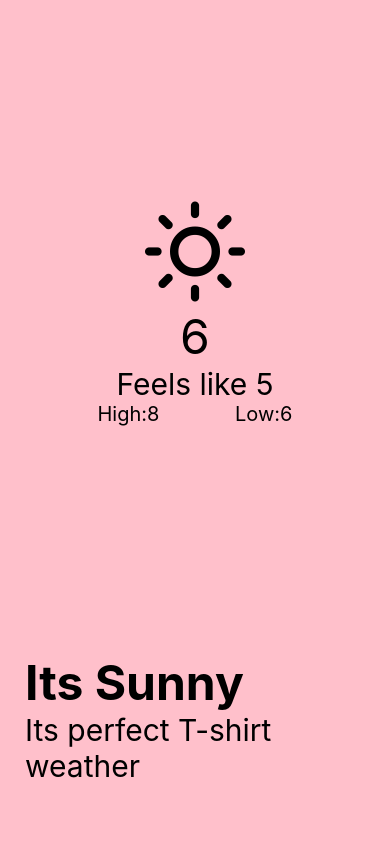
Repository: RossDee/WeatherApp
Screen: /
An editor plug-in stored every save of this project. The screen is shown before and after the next save, followed by the edit.
The app was drawn by React Native's web renderer in a window 390 px wide. The project was rebuilt for these pictures with package versions that can differ from the ones it lists, and the page was loaded fresh each time.

Above is the screen before, as saved 2023-10-14 21:32:17.

After the next save:
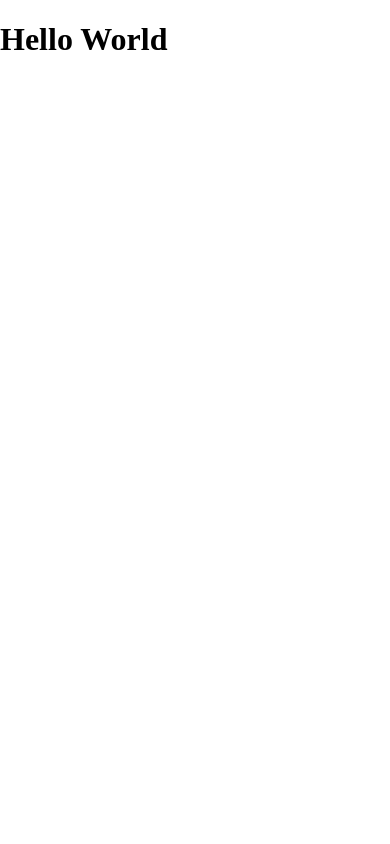
Saved 26 s later.
--- a/App.js
+++ b/App.js
@@ -1,69 +1,9 @@
-import React from 'react';
-import { SafeAreaView, StyleSheet, Text, View } from 'react-native';
-import {Feather} from '@expo/vector-icons'
-
 const App = () => {
   return (
-    <SafeAreaView style = {style.wrapper}>
-    <View style = {style.container}>
-      <Feather name = "sun" size = {100} color = "black" />
-      <Text style={style.temp} >6</Text>
-      <Text style = {style.feels}>Feels like 5</Text>
-      <View style = {style.highLowWrapper}>
-        <Text style = {style.highLow}>High:8</Text>
-        <Text style = {style.highLow}>Low:6</Text>
-      </View>
-    </View>
-    <View style = {style.bodyWrapper}>
-        <Text style = {style.description}>Its Sunny</Text>
-      <Text style = {style.message}>Its perfect T-shirt weather</Text>
-    </View>
-    </SafeAreaView>
-  )
+    <div>
+      <h1>Hello World</h1>
+    </div>
+  );
 }
-const style  =StyleSheet.create({
-  wrapper:{
-    flex:1,
-    backgroundColor:'pink',
-  },
-  container:{
-    backgroundColor:'pink',
-    flex:1,
-    alignItems:'center',
-    justifyContent:'center',
-  },
-  temp:{
-    color:'black',
-    fontSize:48,
- },
- feels:{
-   color:'black',
-   fontSize:30,
- },
-  highLow:{
-    color:'black',
-    fontSize:20,
-  },
-  highLowWrapper:{
-    flexDirection:'row',
-    justifyContent:'space-between',
-    width:'50%',
-  },
-  bodyWrapper:{
-    width:'90%',
-    padding:10,
-    borderRadius:20,
-    marginTop:20,
-    paddingLeft:25,
-    marginBottom:50,
-  },
-  description:{
-    fontSize:48,
-    fontWeight:'bold',
-  },
-  message:{
-    fontSize:30,
-  }
-})
 
-export default App
+export default App;

After the 2 saves that followed:
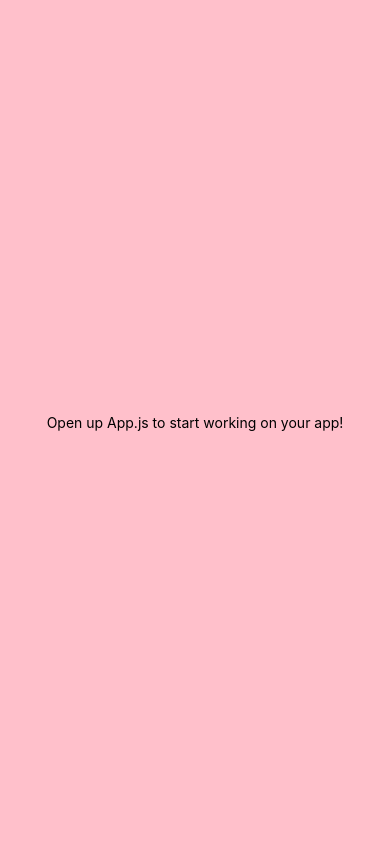
The 2 saves are shown as one change because 1 did not build or start.
The last was saved 72 s later.
--- a/App.js
+++ b/App.js
@@ -1,9 +1,21 @@
+import React from "react";
+import { StyleSheet, Text, View } from "react-native";
 const App = () => {
   return (
-    <div>
-      <h1>Hello World</h1>
-    </div>
+    <View style={styles.container}>
+      <Text>Open up App.js to start working on your app!</Text>
+    </View>
   );
 }
+const styles = StyleSheet.create({
+  container: {
+    flex: 1,
+    backgroundColor: "pink",
+    alignItems: "center",
+    justifyContent: "center",
+  },
+});
+
+
 
 export default App;
